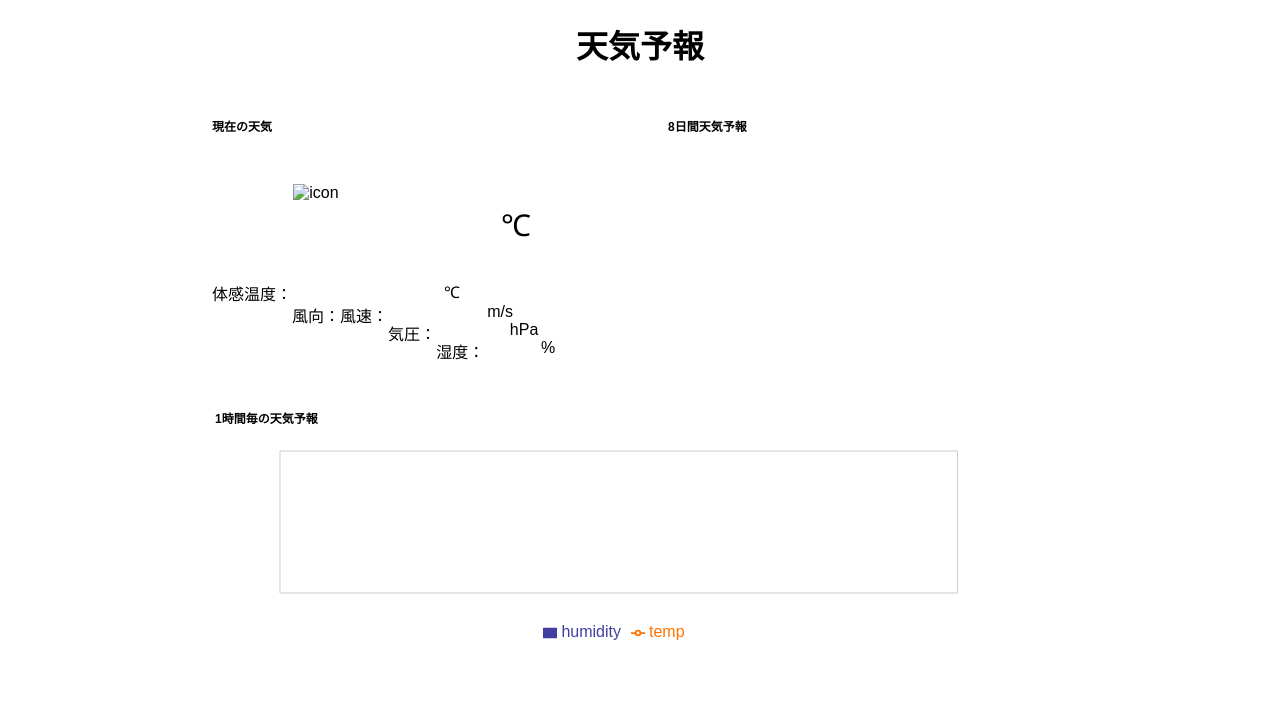
Repository: IshigureTomoki/weather-app
Page: /
An editor plug-in stored every save of this project. The page is shown before and after the next save, followed by the edit.
The browser window is 1280 px wide. The pictures show the whole page.
The page's requests for data from a server got no answer. The project was rebuilt for these pictures with package versions that can differ from the ones it lists, and the page was loaded fresh each time. No one was signed in, and anything a server would have sent is missing.

Above is the page before, as saved 2022-02-25 15:12:21.

After the next save:
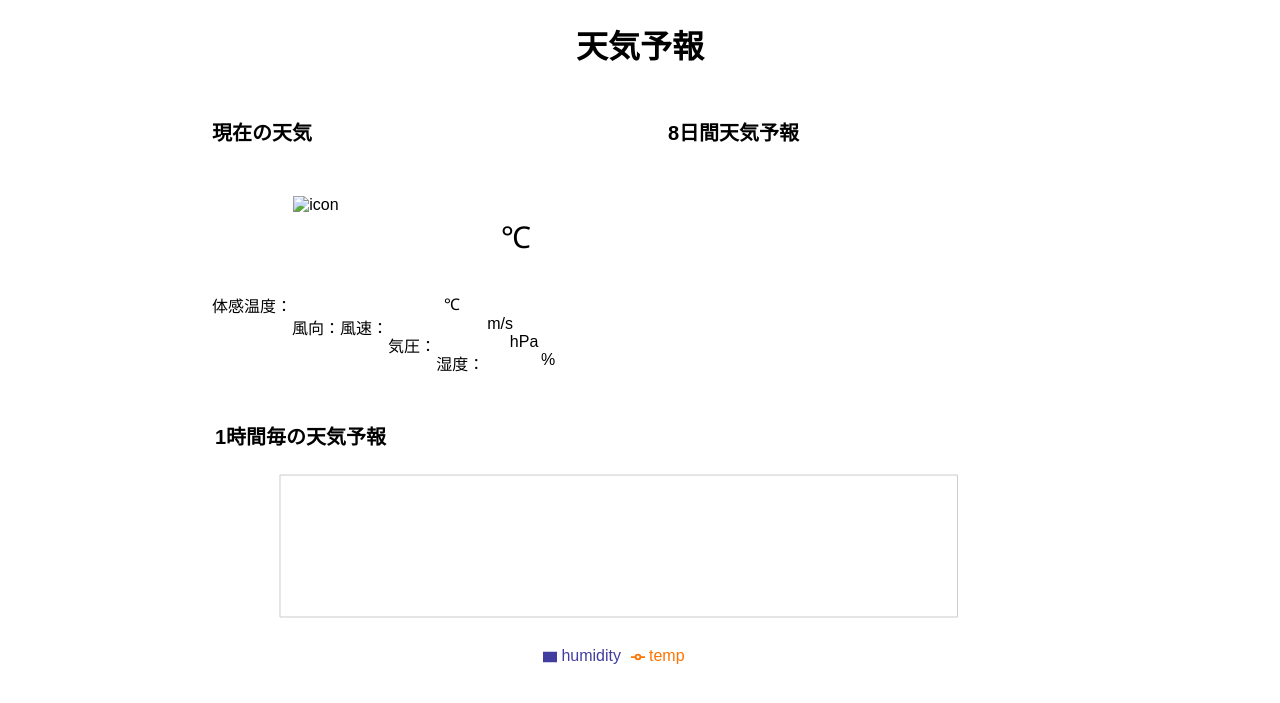
Saved 5 s later.
--- a/src/App.css
+++ b/src/App.css
@@ -86,5 +86,5 @@ dt::after {
   text-align: left;
   margin: 0px 0px 20px 0px;
   font-weight: bold;
-  font-size: 12px;
+  font-size: 20px;
 }
